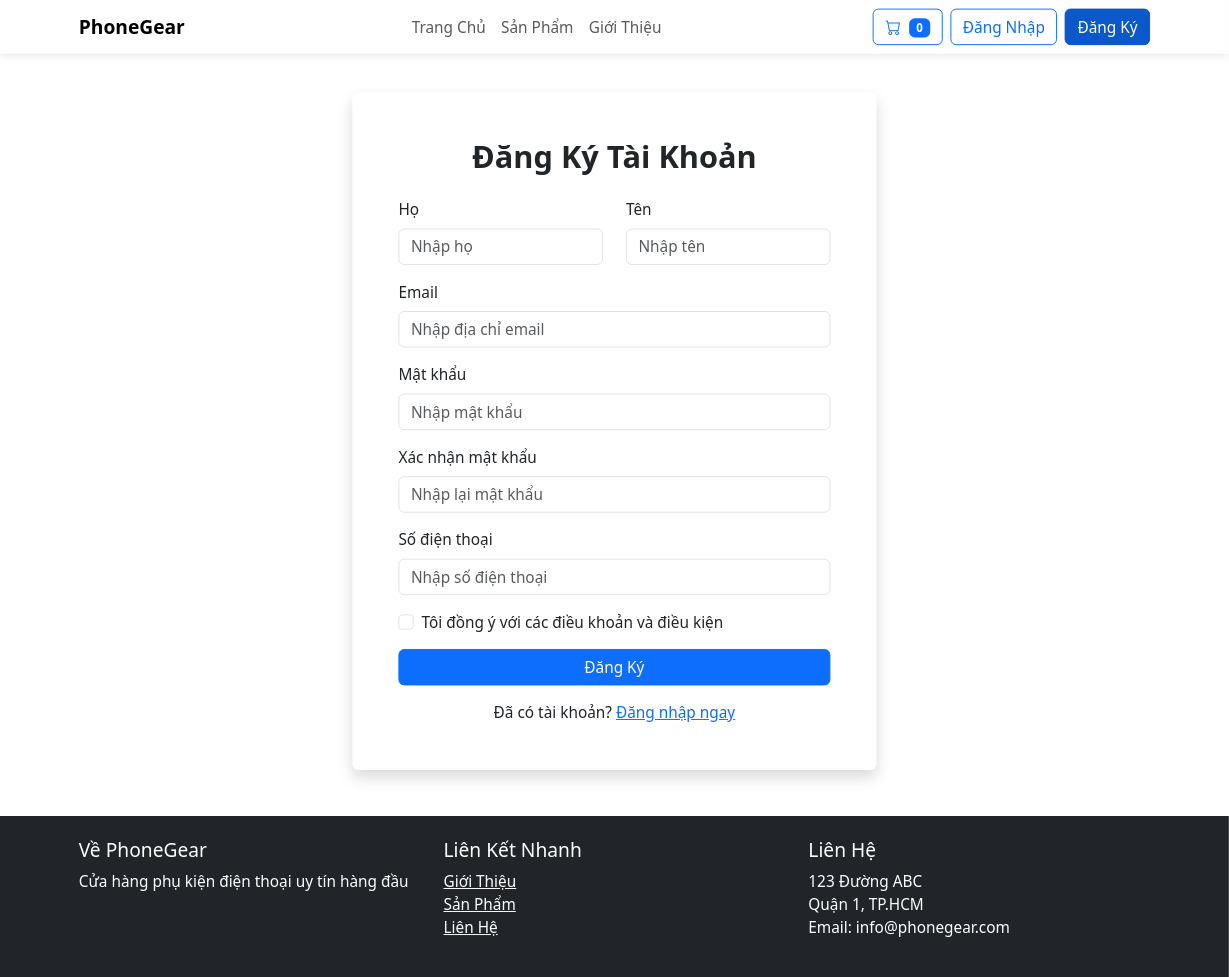
Repository: duyzo/14_23719461_VoNguyenBaoDuy
Page: html/register.html
The author's editor kept a copy of each file at every save. The page is drawn from the files as they stood at one save, then again after the next save.
The browser window is 1280 px wide. The pictures show the whole page, at 96% of full size.
Some icons come from a web library that is not loaded, so they are not drawn. Some web libraries are served in a nearby version.

Above is the page before, as saved 2025-04-22 15:59:59.

After the next save:
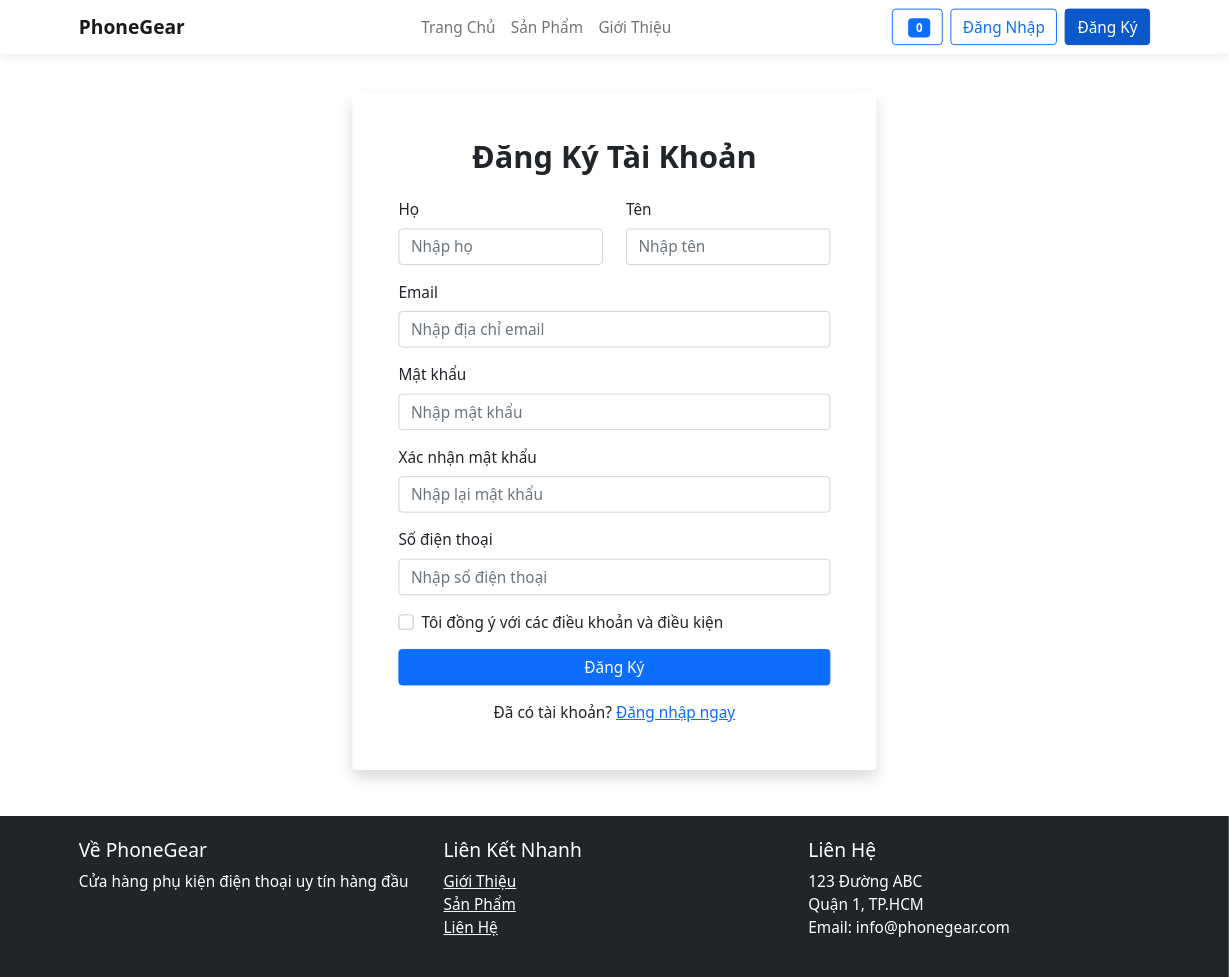
Saved 23 s later.
--- a/html/register.html
+++ b/html/register.html
@@ -4,15 +4,12 @@
     <meta charset="UTF-8" />
     <meta name="viewport" content="width=device-width, initial-scale=1.0" />
     <title>Đăng Ký - PhoneGear</title>
-    <link
-      href="https://cdn.jsdelivr.net/npm/bootstrap@5.3.0/dist/css/bootstrap.min.css"
-      rel="stylesheet"
-    />
-    <link
-      rel="stylesheet"
-      href="https://cdn.jsdelivr.net/npm/bootstrap-icons@1.7.2/font/bootstrap-icons.css"
-    />
+    <link href="../css/bootstrap.min.css" rel="stylesheet" />
+    <link href="../css/bootstrap-icons.css" rel="stylesheet" />
     <link rel="stylesheet" href="../css/styles.css" />
+    <!-- Scripts -->
+    <script src="../js/bootstrap.min.js"></script>
+    <script src="../js/register.js" type="module"></script>
   </head>
   <body>
     <!-- Navigation -->
@@ -192,7 +189,5 @@
       </div>
     </footer>
 
-    <script src="https://cdn.jsdelivr.net/npm/bootstrap@5.3.0/dist/js/bootstrap.bundle.min.js"></script>
-    <script src="../js/register.js" type="module"></script>
   </body>
 </html>
